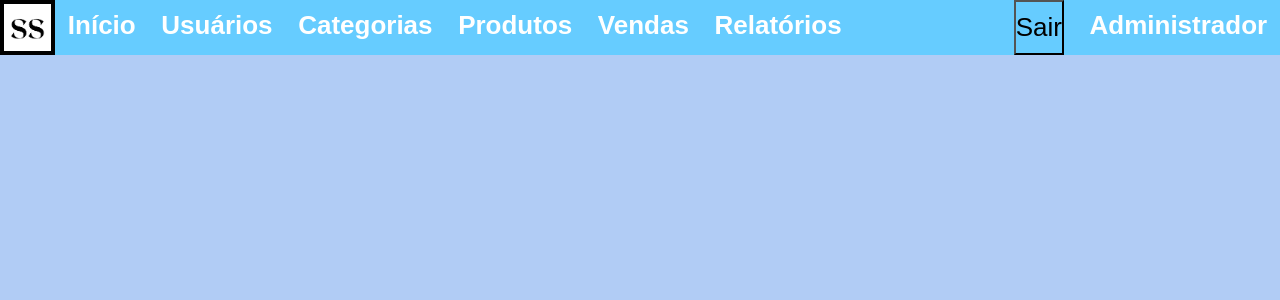
Repository: FaculdadeSenaiJoinville/PiMichelBaade
Page: ProjetoIndividual/WebContent/pages/admin/adminInicio.html
An editor plug-in stored every save of this project. The page is shown before and after the next save, followed by the edit.
The browser window is 1280 px wide. The pictures show the whole page.

Above is the page before, as saved 2021-08-14 00:59:46.

### ProjetoIndividual/WebContent/pages/admin/adminInicio.html
<!DOCTYPE html>
<html>
<head>
<meta charset="UTF-8">
	<meta name="description" content="Site da Software dos Sonhos">
	<meta name="keywords" content="Padaria, Software, Sonhos">
	<meta name="author" content="Michel Baade">
	<meta name="viewport" content="width=device-width, initial-scale=1.0">
<title>Software dos Sonhos</title>
<link rel="stylesheet" type="text/css" href="../../css/site.css">
</head>
<body>
<nav>
<div ><img src="../../imgs/logomenor.png" alt="Logo da Software dos Sonhos" id="logomenor"></div>
<a href="#"><div class="opcao">Início</div></a>
<a href="#"><div class="opcao">Usuários</div></a>
<a href="#"><div class="opcao">Categorias</div></a>
<a href="#"><div class="opcao">Produtos</div></a>
<a href="#"><div class="opcao">Vendas</div></a>
<a href="#"><div class="opcao">Relatórios</div></a>
<a href="#"><div class="usuario">Administrador</div></a>
<button class="usuario">Sair</button>
</nav>



</body>
</html>

### ProjetoIndividual/WebContent/css/site.css
@charset "UTF-8";

body{
	width: 100%;
	margin: 0 auto;
	font-family: "Century Gothic", sans-serif;
	height: 100%;
	font-weight: bold;
	background-color: #b1ccf5;
}
img{
	border:4px solid #000;
	max-width:125px;
  	max-height:125px;
}
#logomenor{
	height: auto;
    width: auto;
    max-width: 47px;
    max-height: 47px;
}
form{
	border:4px solid #000;
	width: 33%;
	margin: 100px auto;
	height: 33%;
	padding: 3%;
	background-color: #FFF;
}
#logo{
	text-align: center;
}
#camposlogin{
	margin: 15px;
	text-align: center;
}
a{
	text-decoration: underline;
}
button{
	width: 25%;
	font-size: 16px;
	margin: 0 10%;
	background-color: #FFF;
}
#usuario{
	width: auto;
	font-size: 16px;
	margin: 0 10%;
	background-color: #66ccff;
}

input{
	margin: 10px auto;
}

nav{
	clear: both;
	width: 100%;
	margin: 0px auto;
	height: 55px;
	background-color: #66ccff;
}
nav a{
	color: white;
	text-decoration: none;
	text-align: center;
}
nav .opcao{
	float: left;
	width: auto;
	background-color: #66ccff;
	padding: 10px 0;
	margin: 0 1%;
	font-size: 26px;
}
.usuario{
	float: right;
	width: auto;
	background-color: #66ccff;
	padding: 10px 0;
	margin: 0 1%;
	font-size: 26px;
}
nav .opcao:hover{
	background-color: #83afd3;
}
nav #logomenor{
	float: left;
	height: 55px;
	width: 55px;
}

After the next save:
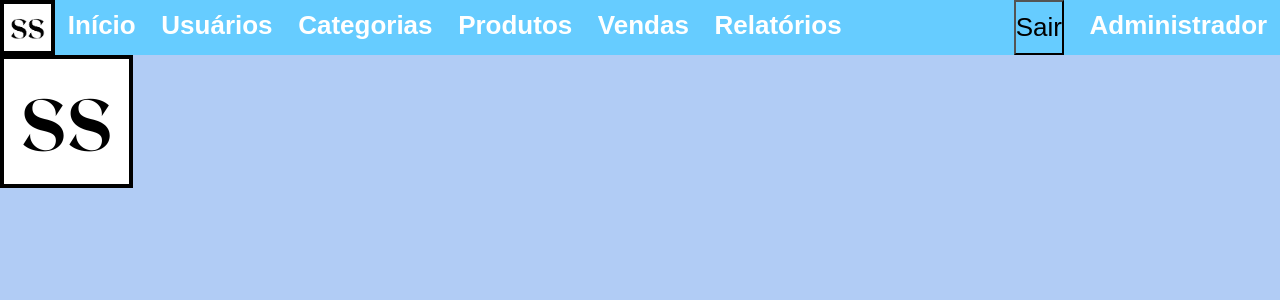
Saved 6 min 25 s later.
--- a/ProjetoIndividual/WebContent/pages/admin/adminInicio.html
+++ b/ProjetoIndividual/WebContent/pages/admin/adminInicio.html
@@ -22,6 +22,11 @@
 <button class="usuario">Sair</button>
 </nav>
 
+<section>
+<div>
+<img src="../../imgs/logomenor.png" alt="Logo da Software dos Sonhos">
+</div>
+</section>
 
 
 </body>
